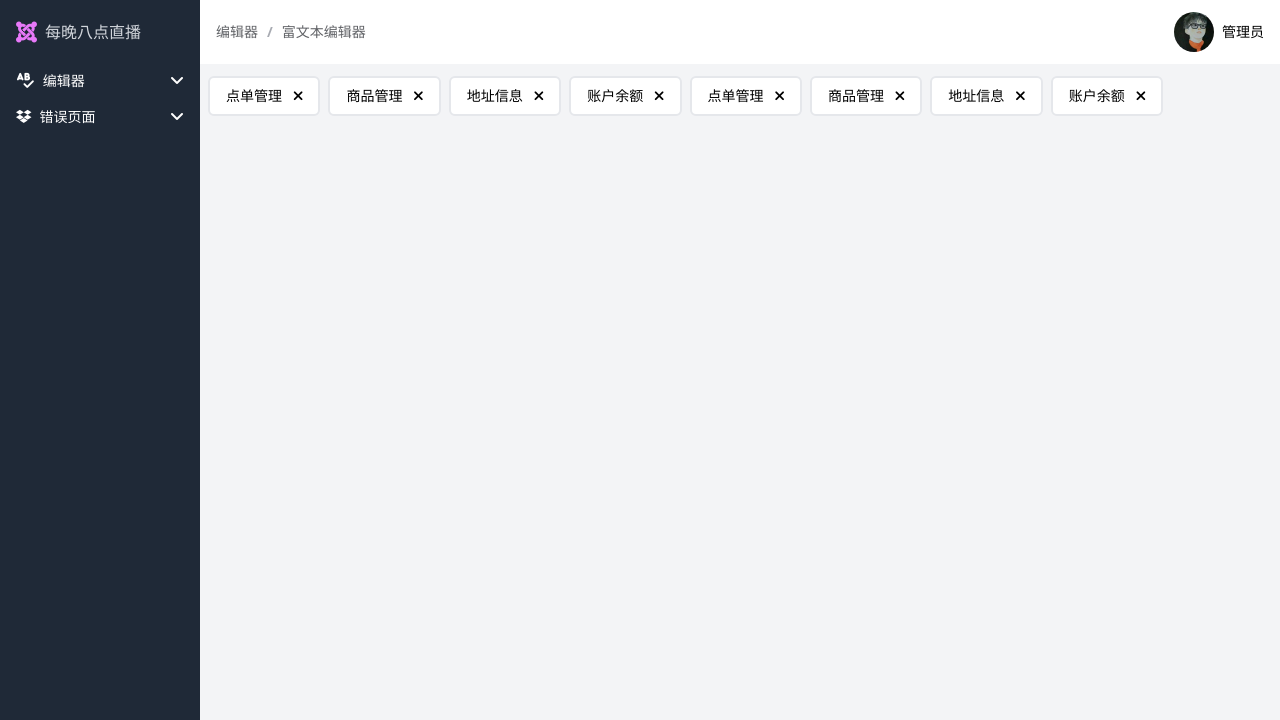
Repository: liangyingbo/vite-vue-TS
Page: /#/error
The author's editor kept a copy of each file at every save. The page is drawn from the files as they stood at one save, then again after the next save.
The browser window is 1280 px wide. The pictures show the whole page.
The project was rebuilt for these pictures with package versions that can differ from the ones it lists, and the page was loaded fresh each time. Also part of the build but not shown: vite.config.ts, src/components/form/HdButton.vue, src/components/form/HdInput.vue, src/components/form/hdLink.vue, src/styles/global.scss.

Above is the page before, as saved 2022-11-20 09:53:48.

### index.html
<!DOCTYPE html>
<html lang="en">
  <head>
    <meta charset="UTF-8" />
    <link rel="icon" type="image/svg+xml" href="/vite.svg" />
    <meta name="viewport" content="width=device-width, initial-scale=1.0" />
    <link href="https://cdn.bootcdn.net/ajax/libs/font-awesome/6.2.0/css/all.css" rel="stylesheet">
    <title>Vite + Vue + TS</title>
  </head>
  <body>
    <div id="app"></div>
    <script src="https://cdn.bootcdn.net/ajax/libs/echarts/5.4.0/echarts.min.js"></script>
    <script type="module" src="/src/main.ts"></script>
  </body>
</html>

### src/main.ts
import { createApp } from 'vue'
import router, { setupRouter } from '@/router'
import { setupPlugins } from '@/plugins'
import '@/styles/global.scss'
import App from './App.vue'

async function bootstrap() {
    const app = createApp(App)
    setupRouter(app)
    setupPlugins(app)
    await router.isReady()
    app.mount('#app')
}
bootstrap()

### src/router/index.ts
import { App } from 'vue';
import { createRouter, createWebHashHistory } from 'vue-router'
import routes from './routes';
import layoutRoutes from './autoLoad/index';
import guard from './guard';
const router = createRouter({
    history: createWebHashHistory(),
    routes : [...routes,...layoutRoutes]
})
export function setupRouter(app:App){

    guard(router)
    app.use(router)
}

export default router;

### src/plugins/index.ts
import { App } from "vue";
import setupElementPlus from "./elementPlusUI";
import setupPinia from "./pinia";
import { setupTailWindCssPlugin } from "./tailwindcss";

export function setupPlugins(app: App) {
    autoRegisterComponent(app)
    setupTailWindCssPlugin()
    setupElementPlus(app)
    setupPinia(app)
}



function autoRegisterComponent(app: App) {
    const components = import.meta.glob('../components/form/*.vue', { eager: true })
    Object.keys(components).forEach(key => {
        const name = key.split('/').pop()?.split('.')[0] as string

        app.component(name, components[key]?.default)

    })
}

### src/App.vue
<script setup lang="ts">

// import {info} from '@/apis/userApi'

//const response =  info()
// console.log(response.then(res=>res.data.age))
// console.log()

 </script>

 <template>

    <router-view ></router-view>
 </template>

<style scoped>
</style>

### src/router/routes.ts
import { RouteRecordRaw } from "vue-router"
 const routes = [
    {
        path:'/home',
        name:'home',
        component:() => import("@/views/home.vue"),
    },
    {
        path:'/login',
        name:'login',
        component:() => import("@/views/auth/login.vue"),
    }
]  as  RouteRecordRaw[]

export default routes

### src/router/autoLoad/index.ts
import { RouteRecordRaw } from "vue-router";
import autoLoadRoutesByModule from "./module";
import getRoutes from './view'

let routes = [] as RouteRecordRaw[];

if (import.meta.env.VITE_AUTOLOAD === true || import.meta.env.VITE_AUTOLOAD === 'true') {
    routes = getRoutes()
} else {
    routes = autoLoadRoutesByModule()
}
export default routes

### src/router/guard.ts
import { RouteLocationNormalized, Router } from "vue-router"


class Guard {
    constructor(private router: Router) { }

    public run() {
        this.router.beforeEach((to, from) => {
             if (!this.isLogin(to)) return { name: 'auth.login' }
         })
    }

    private isLogin(route: RouteLocationNormalized) {
          return true
    }
}

export default (router: Router) => {
    new Guard(router).run()
}

### src/plugins/elementPlusUI/index.ts
import { App } from "vue";
import ElementPlus from 'element-plus'
import 'element-plus/dist/index.css'


export default function setupElementPlus(app: App) {
    app.use(ElementPlus)
}

### src/plugins/pinia/index.ts
import { App } from "vue";
import { createPinia } from 'pinia'

export default function setupPinia(app: App) {
    app.use(createPinia())
}

### src/plugins/tailwindcss/index.ts
import './tailwindcss.css'

export function setupTailWindCssPlugin(){

}

### src/router/autoLoad/module.ts
import { RouteRecordRaw } from "vue-router"

export default function autoLoadRoutesByModule() {
    const moduleRoute = import.meta.glob('../module/*.ts',{eager:true})
    const route = [] as RouteRecordRaw[]
    Object.keys(moduleRoute).forEach(key =>{

        route.push(moduleRoute[key]?.default)
    })
    return route
}

### src/router/autoLoad/view.ts
import { RouteRecordRaw } from "vue-router";


const layout = import.meta.glob('../../layouts/*vue')
const children = import.meta.glob('../../views/**/*.vue')

function getRoutes() {
    const layoutRoutes = [] as RouteRecordRaw[]
     Object.entries(layout).forEach(([file, module]) => {
        const route = getRouteByModule(file, module)
         route.children = getChildrenRoutes(route)
        layoutRoutes.push(route)
    })
    return layoutRoutes
}


// 根据布局路由匹配子路由
function getChildrenRoutes(layoutRoute: RouteRecordRaw) {
    const routes = [] as RouteRecordRaw[]
    Object.entries(children).forEach(([file, module]) => {
        if (file.includes(`../views/${layoutRoute.name as string}`)) {
            const route = getRouteByModule(file, module)
            routes.push(route)
        }
    })
    return routes
}

function getRouteByModule(file: string, module: () => Promise<unknown>) {
    const name = file.replace(/.+layouts\/|.+views\/|\.vue/gi, '')
    const route = {
        name: name.replace('/', '.'),
        path: `/${name}`,
        component: module
    } as RouteRecordRaw
    console.log(route)
    return route
}
export default getRoutes

### src/router/module/admin.ts
import { RouteRecordRaw } from "vue-router";

export default {
    name:'admin',
    path:'/admin',
    component: () => import('@/layouts/admin.vue'),
    children:[
        {
            name:'admin/home',
            path:'home',
            component:() => import("@/views/admin/home.vue")
        }
    ]
} as RouteRecordRaw

### src/router/module/editor.ts
import { RouteRecordRaw } from "vue-router";

export default {
    name:'editor',
    path:'/editor',
    component: () => import('@/layouts/editor.vue'),
    meta:{title:'编辑器',icon:'fas fa-spell-check',show:true},
    children:[
        {
            name:'editor/markdown',
            path:'markdown',
            component:() => import("@/views/editor/markdown.vue"),
            meta:{title:'markdown',show:true},

        },
        {
            name:'editor/base',
            path:'base',
            component:() => import("@/views/editor/base.vue")
        },

    ]
} as RouteRecordRaw

### src/router/module/errors.ts
import { RouteRecordRaw } from "vue-router";

export default {
    name: 'error',
    path: '/error',
    component: () => import('@/layouts/admin.vue'),
    meta: { show: true, title: '错误页面', icon: 'fab fa-dropbox' },
    children: [
        {
            name: 'error.404',
            path: '404',
            component: () => import("@/views/errors/404.vue"),
            meta: { show: true, title: '404页面', icon: 'fab fa-dropbox' },
        },
        {
            name: 'error.403',
            path: '403',
            component: () => import("@/views/errors/403.vue")
        },
        {
            name: 'error.500',
            path: '500',
            component: () => import("@/views/errors/500.vue")
        }
    ]
} as unknown as RouteRecordRaw

### src/layouts/admin.vue
<template>
  <div class="admin w-screen min-h-screen flex overflow-hidden">
    <menu-component class="hidden md:block"/>
    <div class="bg-gray-100 flex-1">
      <navbar />
      <HistoryLink class="hidden md:block"/>
      <div class="mt-3 px">
        <router-view></router-view>
      </div>
    </div>
  </div>
</template>

<script lang="ts" setup>
import HistoryLink from "./admin/historyLink.vue";
import menuComponent from "./admin/menu.vue";
import navbar from "./admin/navbar.vue";
</script>

<style lang="scss" scoped></style>

### src/layouts/admin/historyLink.vue
<template>
  <div>
    <div class="mt-3 ml-2 grid grid-flow-col justify-start gap-2">
      <a
        v-for="(l, index) of list"
        :key="index"
        href=""
        class="bg-white border-2 px-4 py-2 rounded-md cursor-pointer text-sm"
        >{{ l.title }}
        <i class="fas fa-xmark ml-2"></i>
      </a>
    </div>
  </div>
</template>

<script lang="ts" setup>
import { ref } from "vue";

const list = ref<{ title: string }[]>([
  {
    title: "点单管理",
  },
  {
    title: "商品管理",
  },
  {
    title: "地址信息",
  },
  {
    title: "账户余额",
  },
  {
    title: "点单管理",
  },
  {
    title: "商品管理",
  },
  {
    title: "地址信息",
  },
  {
    title: "账户余额",
  },
]);
</script>

<style lang="scss" scoped></style>

### src/layouts/admin/menu.vue
<template>
      <div class="w-[200px] py-2 bg-gray-800">
      <div class="text-white flex items-center py-2 px-4">
        <i class="fab fa-joomla text-2xl text-fuchsia-400 mr-2"></i>
        <span class="text-base text-gray-300">每晚八点直播</span>
      </div>
      <div class="left-container">
        <dl v-for="(route, index) of routerStore.routes" :key="index">
          <dt @click="handle(route)">
            <div>
              <i :class="route.meta.icon" class="text-[15px]"></i>
              <span class="ml-2 text-[14px]">{{ route.meta.title }}</span>
            </div>
            <i class="fas fa-angle-down duration-500" :class="{'rotate-180':route.meta.isClick}" ></i>
          </dt>
          <dd
            v-show="route.meta.isClick"
            :class="{ active: routeChild.meta?.isClick }"
            v-for="(routeChild, key) in route.children"
            :key="key"
            @click="handle(route,routeChild)"
          >
            {{ routeChild.meta?.title }}
          </dd>
        </dl>
      </div>
    </div>
</template>


<script lang="ts" setup>
import { ref } from "vue";
import { router } from '@/store/router';
import { RouteRecordNormalized, RouteRecordRaw } from "vue-router";

const routerStore = router()

const handle = (pRoute: RouteRecordNormalized , cRoute?:RouteRecordRaw ) => {
  resetMenu();
  pRoute.meta.isClick = true;
  if(cRoute && cRoute.meta){
    cRoute.meta.isClick = true;
  }
};

const resetMenu = () => {
  routerStore.routes.forEach(route => {
    route.meta.isClick = false;
    route.children?.forEach(route => {
     if(route.meta) route.meta.isClick = false
    });
  });
};
</script>


<style lang="scss" scoped>
.admin {
  .left-container {
    dl {
      @apply text-white mt-3 mx-4;
      dt {
        @apply flex justify-between items-center cursor-pointer;
      }
      dd {
        @apply my-2 px-4 py-2 rounded-md text-gray-200 cursor-pointer  hover:bg-violet-600 duration-300 text-sm;
        &.active {
          @apply bg-violet-400;
        }
      }
    }
  }
}
</style>

### src/layouts/admin/navbar.vue
<template>
  <div class="flex justify-between px-4 py-3 bg-white">
    <el-breadcrumb separator="/" class="flex items-center">
      <el-breadcrumb-item>编辑器</el-breadcrumb-item>
      <el-breadcrumb-item>富文本编辑器</el-breadcrumb-item>
    </el-breadcrumb>
    <div class="flex items-center justify-center relative group">
      <img src="images/avatar.jpg" class="w-10 h-10 rounded-full" />
      <span class="text-sm ml-2">管理员</span>

      <section
        class="group-hover:block absolute px-2 py-2 top-full whitespace-nowrap cursor-pointer border-2 rounded-md border-gray-500 hidden"
      >
        <div class="flex items-center border-2 b">
          <i class="fab fa-github-alt mr-2 text-lg"></i>
          <a class="text-sm text-gray-600">网站首页</a>
        </div>
        <div class="flex items-center">
          <i class="fab fa-github-alt mr-2 text-lg"></i>
          <a class="text-sm text-gray-600">用户中心</a>
        </div>
        <div class="flex items-center">
          <i class="fab fa-github-alt mr-2 text-lg"></i>
          <a class="text-sm text-gray-600">会员中心</a>
        </div>
      </section>
    </div>
  </div>
</template>

<script lang="ts" setup></script>

<style lang="scss" scoped></style>

### src/store/router.ts
import { defineStore } from 'pinia'
import { useRouter } from 'vue-router'


export const router = defineStore('router', {
    state: () => {
        return {
            routes: getRoutes()
        }
    },
})

function getRoutes() {
    const router = useRouter()
    const  routes = router.getRoutes().filter(route => route.children.length >0 && route.meta.show).map(route => {
       route.children =  route.children.filter(c=>c.meta?.show)

       return route
    })
    return routes.filter(route => route.children.length)
}

Loaded but not shown: src/plugins/tailwindcss/tailwindcss.css (common file); tailwind.config.cjs (common file)

After the next save:
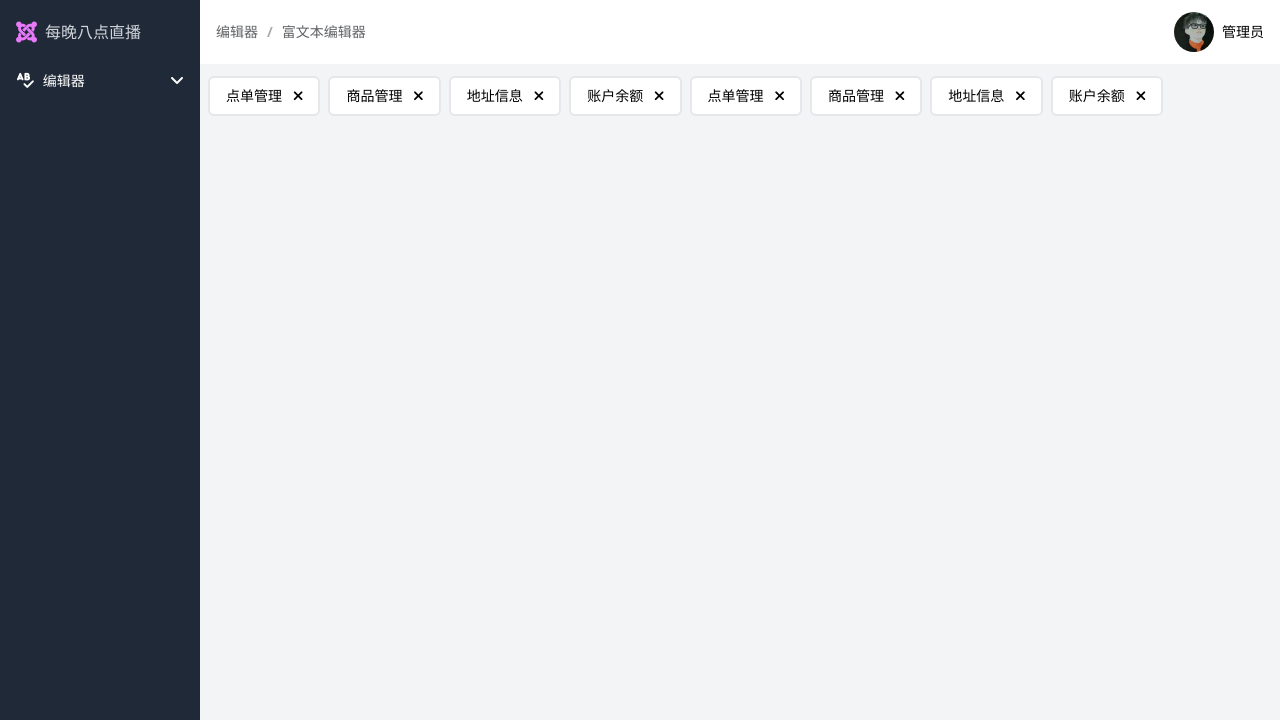
Saved 3 min 3 s later.
--- a/src/router/module/errors.ts
+++ b/src/router/module/errors.ts
@@ -4,7 +4,6 @@
     name: 'error',
     path: '/error',
     component: () => import('@/layouts/admin.vue'),
-    meta: { show: true, title: '错误页面', icon: 'fab fa-dropbox' },
     children: [
         {
             name: 'error.404',
@@ -23,4 +22,4 @@
             component: () => import("@/views/errors/500.vue")
         }
     ]
-} as unknown as RouteRecordRaw
+} as RouteRecordRaw

After the save that followed:
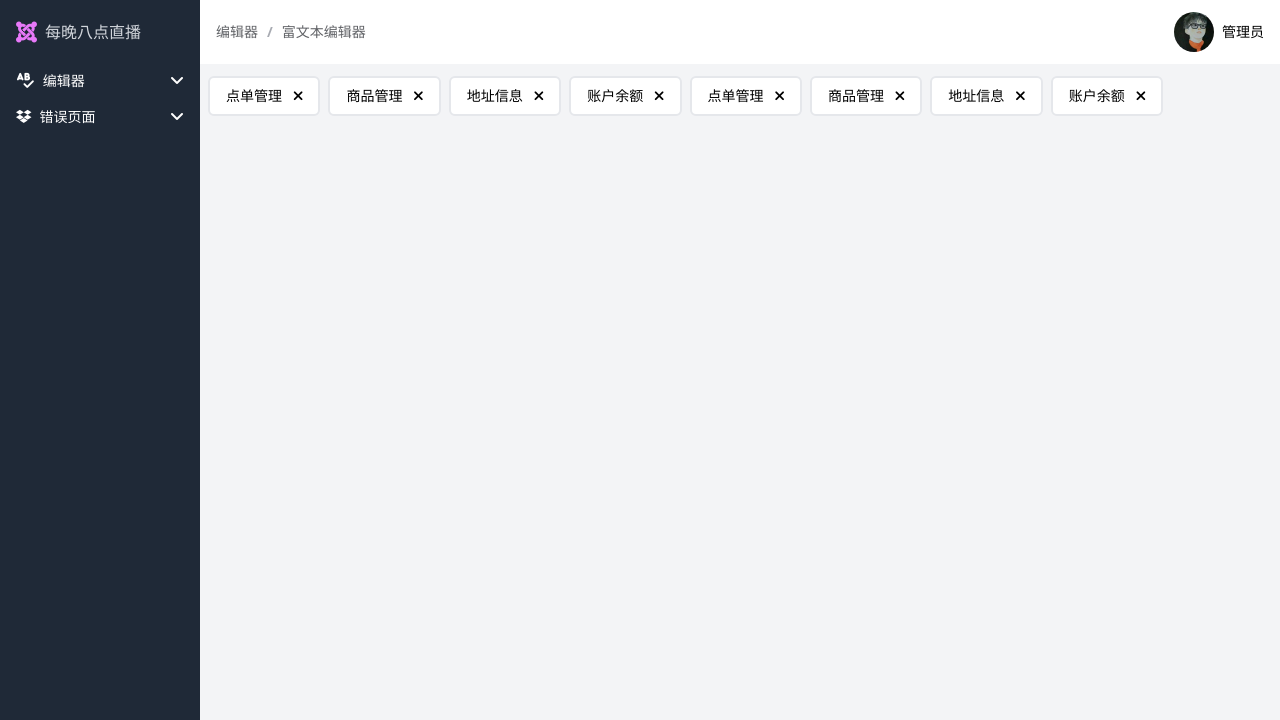
Saved 24 s later.
--- a/src/router/module/errors.ts
+++ b/src/router/module/errors.ts
@@ -4,6 +4,7 @@
     name: 'error',
     path: '/error',
     component: () => import('@/layouts/admin.vue'),
+    meta: { show: true, title: '错误页面', icon: 'fab fa-dropbox' },
     children: [
         {
             name: 'error.404',
@@ -22,4 +23,4 @@
             component: () => import("@/views/errors/500.vue")
         }
     ]
-} as RouteRecordRaw
+} as unknown as RouteRecordRaw
